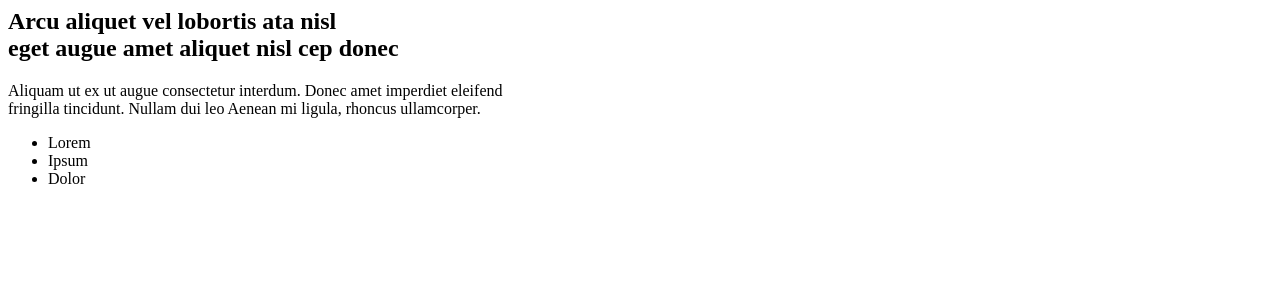
Repository: DOODpls/code_cafe
Page: _includes/description.html
The author's editor kept a copy of each file at every save. The page is drawn from the files as they stood at one save, then again after the next save.
The browser window is 1280 px wide. The pictures show the whole page.

Above is the page before, as saved 2019-12-05 14:08:48.

After the next save:
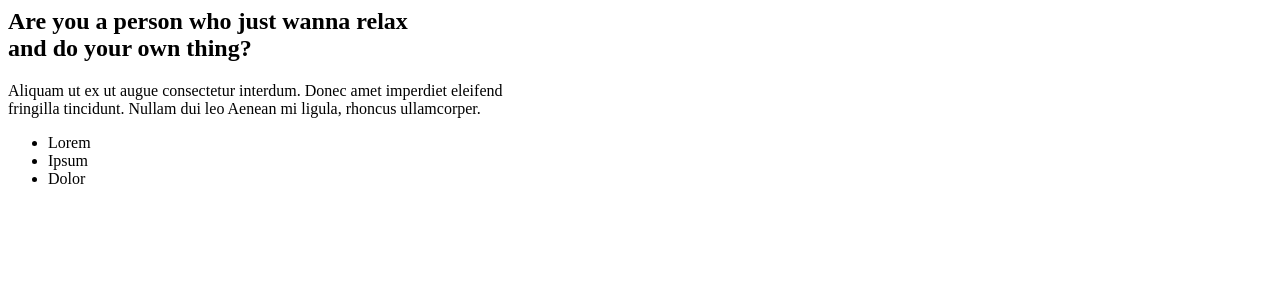
Saved 2 min 7 s later.
--- a/_includes/description.html
+++ b/_includes/description.html
@@ -2,8 +2,8 @@
 <section id="one" class="wrapper style1 special">
   <div class="inner">
     <header class="major">
-      <h2>Arcu aliquet vel lobortis ata nisl<br />
-      eget augue amet aliquet nisl cep donec</h2>
+      <h2>Are you a person who just wanna relax<br />
+      and do your own thing?</h2>
       <p>Aliquam ut ex ut augue consectetur interdum. Donec amet imperdiet eleifend<br />
       fringilla tincidunt. Nullam dui leo Aenean mi ligula, rhoncus ullamcorper.</p>
     </header>
